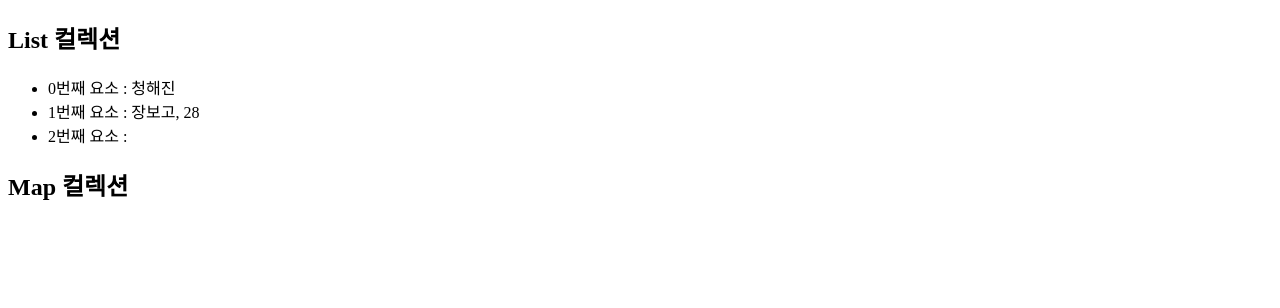
Repository: Park-Dongheon/Servlet-JSP_Training
Page: http://localhost/MustHaveJSP/10EL/CollectionUse.jsp
An editor plug-in stored every save of this project. The page is shown before and after a run of saves, followed by the edit.
The browser window is 1280 px wide. The pictures show the whole page.
The page is served by Tomcat 10. Other server files are loaded and not shown.

Above is the page before, as saved 2024-06-24 06:13:41.

### MustHaveJSP/src/main/webapp/10EL/CollectionUse.jsp
<%@ page import="java.util.HashMap"%>
<%@ page import="java.util.Map"%>
<%@ page import="java.util.List"%>
<%@ page import="java.util.ArrayList"%>
<%@ page import="common.Person"%>
<%@ page language="java" contentType="text/html; charset=UTF-8"
    pageEncoding="UTF-8"%>
<!DOCTYPE html>
<html>
<head>
<meta charset="UTF-8">
<title>표현 언어(EL) - 컬렉션</title>
</head>
<body>
<h2>List 컬렉션</h2>
<%
List<Object> aList = new ArrayList<Object>();
aList.add("청해진");
aList.add(new Person("장보고", 28));
pageContext.setAttribute("Ocean", aList);
%>
<ul>
	<li>0번째 요소 : ${ Ocean[0] }</li>
	<li>1번째 요소 : ${ Ocean[1].name }, ${ Ocean[1].age }</li>
	<li>2번째 요소 : ${ Ocean[2] }</li><!-- 출력되지 않음 -->
</ul>
<h2>Map 컬렉션</h2>
<%
Map<String, String> map = new HashMap<String, String>();
map.put("한글", "훈민정음");
map.put("Eng", "English");
pageContext.setAttribute("King", map);
%>
</body>
</html>

### MustHaveJSP/src/main/java/common/Person.java
package common;		// 기본 패키지 이외의 패키지(규약 1번)

public class Person {
	private String name;		// private 멤버 변수(규약 2번)
	private int age;		// private 멤버 변수(규약 2번)

	public Person() {}	// 기본 생성자(규약 3번)

	public Person(String name, int age) {
		super();
		this.name = name;
		this.age = age;
	}

	// public 게터/세터 메서드들(규약 4번, 5번)
	public String getName() {
		return name;
	}

	public void setName(String name) {
		this.name = name;
	}

	public int getAge() {
		return age;
	}

	public void setAge(int age) {
		this.age = age;
	}

}

After the next 2 saves:
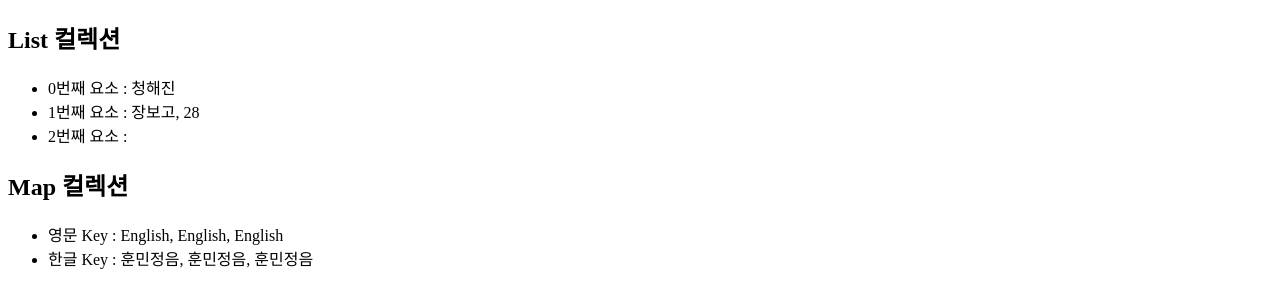
The 2 saves are shown as one change because they came seconds apart.
The last was saved 89 s later.
--- a/MustHaveJSP/src/main/webapp/10EL/CollectionUse.jsp
+++ b/MustHaveJSP/src/main/webapp/10EL/CollectionUse.jsp
@@ -31,5 +31,9 @@ map.put("한글", "훈민정음");
 map.put("Eng", "English");
 pageContext.setAttribute("King", map);
 %>
+<ul>
+	<li>영문 Key : ${ King["Eng"] }, ${ King['Eng'] }, ${ King.Eng }</li>
+	<li>한글 Key : ${ King["한글"] }, ${ King['한글'] }, ${ King.한글 }</li><!-- 에러 -->
+</ul>
 </body>
 </html>
